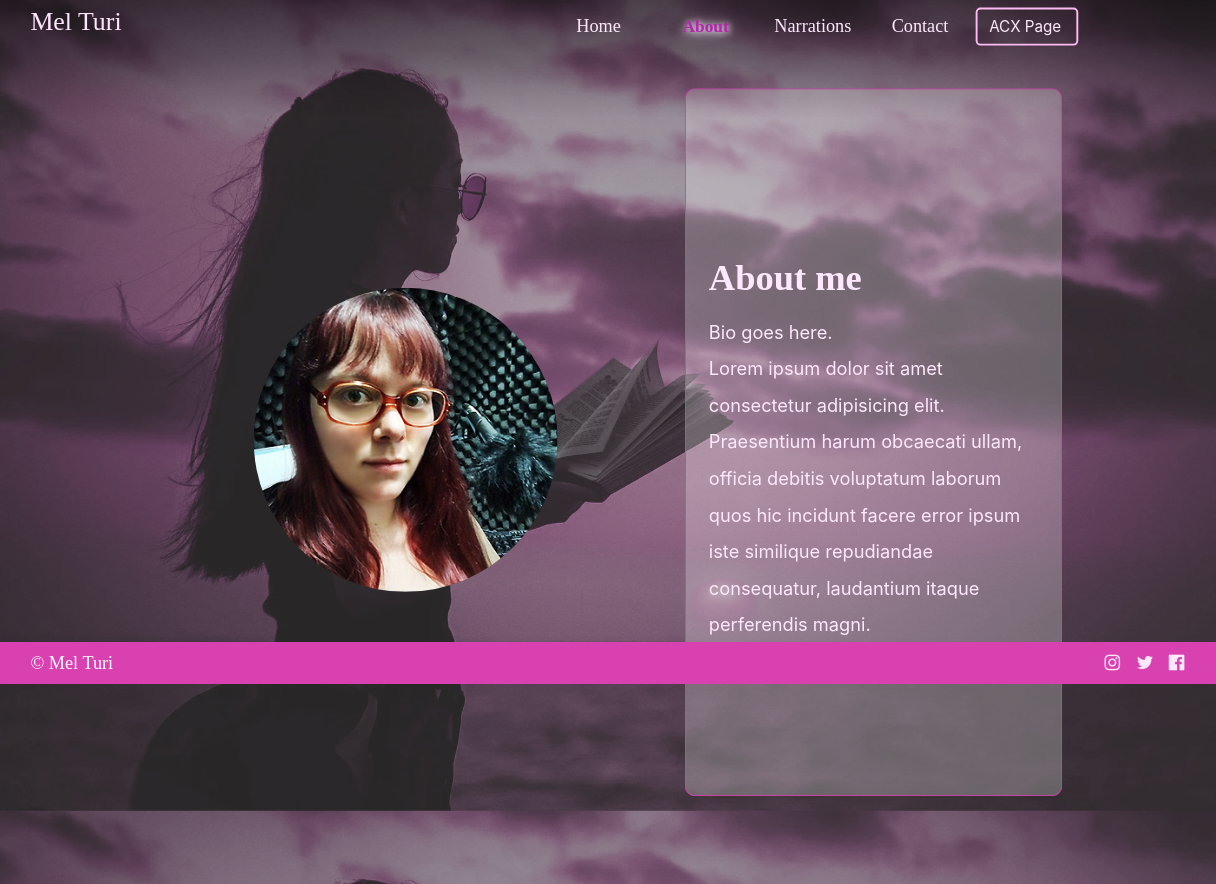
Repository: mel-turi/mel-turi-website
Page: /about
An editor plug-in stored every save of this project. The page is shown before and after the next save, followed by the edit.
The browser window is 1280 px wide. The pictures show the whole page, at 95% of full size.
Backgrounds fixed to the window are drawn as part of the page. Some web fonts or font styles are not loaded; a fallback is used. The project was rebuilt for these pictures with package versions that can differ from the ones it lists, and the page was loaded fresh each time. Also part of the build but not shown: src/Main.jsx, src/Narrations.jsx, src/Contact.jsx.

Above is the page before, as saved 2019-08-27 19:30:34.

### public/index.html
<!DOCTYPE html>
<html lang="en">
  <head>
    <meta charset="utf-8" />
    <link rel="apple-touch-icon" sizes="57x57" href="/apple-icon-57x57.png" />
    <link rel="apple-touch-icon" sizes="60x60" href="/apple-icon-60x60.png" />
    <link rel="apple-touch-icon" sizes="72x72" href="/apple-icon-72x72.png" />
    <link rel="apple-touch-icon" sizes="76x76" href="/apple-icon-76x76.png" />
    <link
      rel="apple-touch-icon"
      sizes="114x114"
      href="/apple-icon-114x114.png"
    />
    <link
      rel="apple-touch-icon"
      sizes="120x120"
      href="/apple-icon-120x120.png"
    />
    <link
      rel="apple-touch-icon"
      sizes="144x144"
      href="/apple-icon-144x144.png"
    />
    <link
      rel="apple-touch-icon"
      sizes="152x152"
      href="/apple-icon-152x152.png"
    />
    <link
      rel="apple-touch-icon"
      sizes="180x180"
      href="/apple-icon-180x180.png"
    />
    <link
      rel="icon"
      type="image/png"
      sizes="192x192"
      href="/android-icon-192x192.png"
    />
    <link rel="icon" type="image/png" sizes="32x32" href="/favicon-32x32.png" />
    <link rel="icon" type="image/png" sizes="96x96" href="/favicon-96x96.png" />
    <link rel="icon" type="image/png" sizes="16x16" href="/favicon-16x16.png" />
    <link rel="manifest" href="/manifest.json" />
    <meta name="msapplication-TileColor" content="#ffffff" />
    <meta name="msapplication-TileImage" content="/ms-icon-144x144.png" />
    <meta name="theme-color" content="#ffffff" />
    <meta name="viewport" content="width=device-width, initial-scale=1" />
    <meta name="description" content="Portfolio website for Mel Turi" />
    <link
      href="https://fonts.googleapis.com/css?family=Sail&display=swap"
      rel="stylesheet"
    />
    <link
      href="https://stackpath.bootstrapcdn.com/font-awesome/4.7.0/css/font-awesome.min.css"
      rel="stylesheet"
      integrity="sha384-wvfXpqpZZVQGK6TAh5PVlGOfQNHSoD2xbE+QkPxCAFlNEevoEH3Sl0sibVcOQVnN"
      crossorigin="anonymous"
    />
    <link rel="apple-touch-icon" href="logo192.png" />

    <link rel="manifest" href="%PUBLIC_URL%/manifest.json" />

    <title>Mel Turi | Audible Narrator</title>
  </head>
  <body>
    <noscript>You need to enable JavaScript to run this app.</noscript>
    <div id="root"></div>
  </body>
</html>

### src/index.css
:root {
  --light-primary-color: rgb(255, 232, 254);
  --light-secondary-color: #fffdff;
  --dark-primary-color: #d941b1;
  --dark-secondary-color: #b524b0;
  --title-font: 'Sail', cursive;
  --content-font: -apple-system, BlinkMacSystemFont, 'Segoe UI', 'Roboto',
    'Oxygen', 'Ubuntu', 'Cantarell', 'Fira Sans', 'Droid Sans', 'Helvetica Neue',
    sans-serif;
}
* {
  margin: 0;
  padding: 0;
}

body {
  text-decoration: none;
  text-decoration-color: none;
  margin: 0;
  padding: 0;
  font-family: var(--content-font);
  -webkit-font-smoothing: antialiased;
  -moz-osx-font-smoothing: grayscale;
}

h3,
h1 {
  font-family: var(--title-font);
}

body a {
  text-decoration: none;
  color: var(--light-primary-color);
  transition: 0.65s;
}

a:hover,
.active {
  font-weight: bold;
  font-size: 95%;
}

.active {
  color: var(--dark-secondary-color);
  text-shadow: 1px 1px 7px var(--light-secondary-color),
    1px 1px 15px var(--light-primary-color);
}

.wrapper {
  background: linear-gradient(rgba(20, 20, 20, 0.25), rgba(20, 20, 20, 0.25)),
    url(./assets/bg-main-1.png) no-repeat center center fixed;
  background-size: cover;
  z-index: 2;
  display: grid;
  grid-template-rows: 1fr 8fr 1fr;
  grid-template-columns: 1fr;
  align-items: space-between;
  min-height: 100vh;
  overflow: hidden;
}

/*
*
* Header
*
*/

.nav-wrapper {
  grid-column: 1 / span 1;
  grid-row: 1 / span 1;
  color: var(--light-primary-color);
  position: fixed;
  width: 100%;
  font-family: var(--title-font);
  height: 15vh;
  display: grid;
  grid-template-columns: 1fr 6fr;
  align-items: start;
  justify-content: space-between;
  margin: 0;
  padding: 0.5rem 0 0.5rem 0;
  background: linear-gradient(
    rgba(0, 0, 0, 0.45),
    rgba(0, 0, 0, 0.35),
    rgba(0, 0, 0, 0.25),
    rgba(0, 0, 0, 0.1),
    rgba(0, 0, 0, 0)
  );
}

.title {
  font-size: 1.7rem;
  padding-left: 2rem;
  justify-self: start;
}
.main-navigation {
  color: var(--light-primary-color);
  justify-self: end;
  padding-right: 2rem;
}
.main-navigation > ul {
  display: grid;
  grid-template-columns: 1fr 1fr 1fr 1fr 1fr 1fr;
  grid-column-gap: 0.3rem;
  justify-items: center;
  align-items: center;
  margin: 0;
  padding: 0;
  list-style-type: none;
  font-size: 1.2rem;
}

.button {
  font-family: var(--content-font);
  font-size: 1rem;
  border: 2px solid #fdbcf4;
  border-radius: 5px;
  padding: 0.5rem 0.75rem 0.5rem 0.75rem;
  width: 5rem;
}
/*
*
* Main
*
*/

.main-container {
  grid-column: 1 / span 1;
  grid-row: 2 / span 1;
  color: var(--light-primary-color);
  font-family: var(--content-font);
  font-size: 1.2rem;
  overflow: hidden;
  display: grid;
}

/* Start Home */
.home {
  display: grid;
  grid-template-columns: 1.25fr 5fr 3.75fr 1.25fr;
  grid-template-rows: 2fr;
  grid-gap: 30px;
}

.home-1 {
  grid-column: 2 / span 1;
  grid-row: 1 / span 1;
  display: flex;
  flex-direction: column;
  justify-content: space-around;
  overflow: hidden;
}
.home-2 {
  grid-column: 3 / span 1;
  grid-row: 1 / span 1;
  display: flex;
  flex-direction: column;
  justify-content: space-around;
  overflow: hidden;
}

.home1-contents {
  align-self: center;
  overflow: hidden;
  border-radius: 10px;
  border: var(--dark-primary-color) solid 1px;
  padding: 1.5rem;
  background: rgba(0, 0, 0, 0.25);
  font-size: 1.2rem;
  line-height: 2;
}
.home2-contents {
  overflow: hidden;
  border-radius: 10px;
  padding: 1.5rem;
  font-size: 1rem;
}
/* End Home */

/* Start About */
.about {
  display: grid;
  grid-template-columns: 1.25fr 5fr 3.75fr 1.25fr;
  grid-template-rows: 2fr;
  grid-gap: 30px;
}

.about-1 {
  grid-column: 2 / span 1;
  grid-row: 1 / span 1;
  display: flex;
  flex-direction: column;
  justify-content: space-around;
  align-items: center;
  overflow: hidden;
}

.about-2 {
  grid-column: 3 / span 1;
  grid-row: 1 / span 1;
  display: flex;
  flex-direction: column;
  justify-content: space-around;
  overflow: hidden;
}

.about1-contents {
  align-self: flex-start;
  overflow: hidden;
  border-radius: 10px;
  border: var(--dark-primary-color) solid 1px;
  padding: 10rem 1.5rem;
  background: rgba(255, 255, 255, 0.25);
  font-size: 1.2rem;
  line-height: 2;
  height: auto;
}
.about2-contents {
  overflow: hidden;
  border-radius: 10px;
  padding: 1.5rem;
  font-size: 1rem;
}

.about2-contents img {
  border-radius: 50%;
  height: 20rem;
  width: 20rem;
}

/* End About */

/* Start Narrations */
.narrations {
  display: grid;
  grid-template-columns: 1.25fr 5fr 3.75fr 1.25fr;
  grid-template-rows: 2fr;
  grid-gap: 30px;
}

.narrations-1 {
  grid-column: 2 / span 1;
  grid-row: 1 / span 1;
  display: flex;
  flex-direction: column;
  justify-content: space-around;
  overflow: hidden;
}
.narrations-2 {
  grid-column: 3 / span 1;
  grid-row: 1 / span 1;
  display: flex;
  flex-direction: column;
  justify-content: space-around;
  overflow: hidden;
}

.narrations1-contents {
  align-self: center;
  overflow: hidden;
  border-radius: 10px;
  border: var(--dark-primary-color) solid 1px;
  padding: 1.5rem;
  background: rgba(0, 0, 0, 0.25);
  font-size: 1.2rem;
  line-height: 2;
}
.narrations2-contents {
  overflow: hidden;
  border-radius: 10px;
  padding: 1.5rem;
  font-size: 1rem;
}
/* End Narrations */

/* Start contact */

/* End contact */

/* Start Form Styling */
input[type='text'],
input[type='email'],
select,
textarea {
  width: 100%;
  padding: 12px;
  border: 1px solid var(--light-primary-color);
  border-radius: 4px;
  box-sizing: border-box;
  margin-top: 6px;
  margin-bottom: 16px;
  resize: vertical;
}
input[type='submit'] {
  background-color: var(--dark-primary-color);
  color: var(--light-primary-color);
  padding: 12px 20px;
  border: none;
  border-radius: 4px;
  cursor: pointer;
  width: 100%;
  font-size: 1.2rem;
}
input[type='submit']:hover {
  background-color: var(--dark-secondary-color);
}

/* End Form Styling */

/*
*
* Footer
*
*/

footer {
  grid-column: 1 / span 1;
  grid-row: 3 / span 1;
  bottom: 0;
  width: 100%;
  position: fixed;
  color: var(--light-secondary-color);
  font-family: var(--title-font);
  font-size: 1.2rem;
  height: 5vh;
  display: grid;
  grid-template-columns: 1fr 1fr;
  align-items: center;
  justify-content: space-between;
  margin: 0;
  padding-top: 0.25rem;
  padding-bottom: 0.25rem;
  background: var(--dark-primary-color);
}
.social-footer {
  justify-self: end;
  padding-right: 2rem;
}
.social-footer > ul {
  display: grid;
  grid-template-columns: 1fr 1fr 1fr;
  grid-column-gap: 1rem;
  margin: 0;
  padding: 0;
  list-style-type: none;
}

.copyright {
  justify-self: start;
  padding-left: 2rem;
}

/*

Media Queries

*/

@media (max-height: 550px), (max-width: 550px) {
  .wrapper {
    background: linear-gradient(rgba(20, 20, 20, 0.25), rgba(20, 20, 20, 0.25)),
      url(./assets/bg-mobile.png) no-repeat center center fixed;
    background-size: cover;
    z-index: 2;
    display: grid;
    grid-template-rows: 2fr 8fr 1fr;
    grid-template-columns: 1fr;
    align-items: space-between;
    min-height: 100vh;
    overflow: hidden;
  }

  .nav-wrapper {
    background: var(--dark-primary-color);
    opacity: 1;
    grid-template-columns: 1fr 1fr;
    align-items: center;
    justify-content: center;
  }
  .main-navigation ul {
    display: none;
  }
  .home-primary {
    display: flex;
    flex-direction: column;
  }
  .about-primary {
    grid-template-columns: 5fr;
    grid-template-rows: 3fr 2fr;
    padding: 2rem;
  }

  .about-secondary {
    grid-column: 1 / span 1;
    grid-row: 1 / span 1;
  }
  .about-me {
    grid-column: 1 / span 1;
  }
  .narrations-primary {
    grid-template-columns: 5fr;
    grid-template-rows: 3fr 2fr;
    padding: 2rem;
  }
  .book1 {
    grid-row: 1 / span 1;
    grid-column: 1 / span 1;
  }
  .narrations-secondary {
    grid-column: 1 / span 1;
  }
  .contact-primary {
    display: flex;
    flex-direction: column;
  }
}

### src/App.jsx
import React from 'react';
import Footer from './Footer';
import Header from './Header';
import Main from './Main';
import About from './About';
import Narrations from './Narrations';
import Contact from './Contact';

import { ContentProvider } from './PageContext';

import { BrowserRouter as Router, Switch, Route } from 'react-router-dom';

const App = () => {
  return (
    <Router>
      <div className='App'>
        <div className='wrapper'>
          <Header />
          <Switch>
            <ContentProvider>
              <Route path='/' exact render={props => <Main {...props} />} />
              <Route path='/about' render={props => <About {...props} />} />
              <Route
                path='/narrations'
                render={props => <Narrations {...props} />}
              />

              <Route path='/contact' render={props => <Contact {...props} />} />
            </ContentProvider>
          </Switch>
          <Footer />
        </div>
      </div>
    </Router>
  );
};

export default App;

### src/Footer.js
import React, { Component } from 'react';

export class Footer extends Component {
  render() {
    return (
      <footer className='footer'>
        <div className='copyright'>&copy; Mel Turi</div>
        <div className='social-footer'>
          <ul>
            <li>
              <a
                target='_blank'
                rel='noopener noreferrer'
                href='https://www.instagram.com/mel.turi'
              >
                <i className='fa fa-instagram'></i>
              </a>
            </li>
            <li>
              <a
                target='_blank'
                rel='noopener noreferrer'
                href='https://www.twitter.com/turimel'
              >
                <i className='fa fa-twitter'></i>
              </a>
            </li>

            <li>
              <a
                target='_blank'
                rel='noopener noreferrer'
                href='https://www.facebook.com/mel.turi.96'
              >
                <i className='fa fa-facebook-official'></i>
              </a>
            </li>
          </ul>
        </div>
      </footer>
    );
  }
}

export default Footer;

### src/Header.js
import React, { Component } from 'react';
import { NavLink } from 'react-router-dom';

export class Header extends Component {
  render() {
    return (
      <nav className='nav-wrapper'>
        <div className='title'>Mel Turi</div>
        <div className='main-navigation'>
          <ul>
            <li>
              <NavLink
                to={{
                  pathname: '/',
                  state: { page: 'home' }
                }}
                exact={true}
              >
                Home
              </NavLink>
            </li>
            <li>
              <NavLink
                to={{
                  pathname: '/about',
                  state: { page: 'about' }
                }}
              >
                About
              </NavLink>
            </li>
            <li>
              <NavLink to='/narrations'>Narrations</NavLink>
            </li>

            <li>
              <NavLink to='/contact'>Contact</NavLink>
            </li>
            <div className='button nav-button'>
              <li>
                <a
                  target='_blank'
                  rel='noopener noreferrer'
                  href='https://www.acx.com/narrator?p=AI0XTZMVU6YKG'
                >
                  ACX Page
                </a>
              </li>
            </div>
          </ul>
        </div>
      </nav>
    );
  }
}

export default Header;

### src/About.jsx
import React, { useEffect, useContext } from 'react';
import Content from './Content';
import { PageContext } from './PageContext';
import profilePic from './assets/profilepic.png';

const About = () => {
  // eslint-disable-next-line
  const [pageInfo, setPageInfo] = useContext(PageContext);
  useEffect(() => {
    setPageInfo({
      primaryContent: (
        <div className='about-2'>
          <div className='about1-contents'>
            <h1>About me</h1>
            <p>Bio goes here.</p>
            <p>
              Lorem ipsum dolor sit amet consectetur adipisicing elit.
              Praesentium harum obcaecati ullam, officia debitis voluptatum
              laborum quos hic incidunt facere error ipsum iste similique
              repudiandae consequatur, laudantium itaque perferendis magni.
            </p>
          </div>
        </div>
      ),
      secondaryContent: (
        <div className='about-1'>
          <div className='about2-contents'>
            <img src={profilePic} alt='profile pic' />
          </div>
        </div>
      ),
      pageTitle: 'about'
    });

    // eslint-disable-next-line
  }, []);

  return <Content />;
};

export default About;

### src/PageContext.jsx
import React, { useState, createContext } from 'react';

export const PageContext = createContext();

export const ContentProvider = props => {
  const [pageInfo, setPageInfo] = useState({
    primaryContent: '',
    secondaryContent: '',
    pageTitle: ''
  });
  return (
    <PageContext.Provider value={[pageInfo, setPageInfo]}>
      {props.children}
    </PageContext.Provider>
  );
};

### src/Content.jsx
import React, { useContext } from 'react';
import { PageContext } from './PageContext';
import { Spring } from 'react-spring/renderprops';

const Content = () => {
  const [pageInfo] = useContext(PageContext);

  return (
    <main className='main-container'>
      <div className={pageInfo.pageTitle}>
        {pageInfo.primaryContent}
        {pageInfo.secondaryContent}
      </div>
    </main>
  );
};

export default Content;

Loaded but not shown: src/index.js (common file)

After the next save:
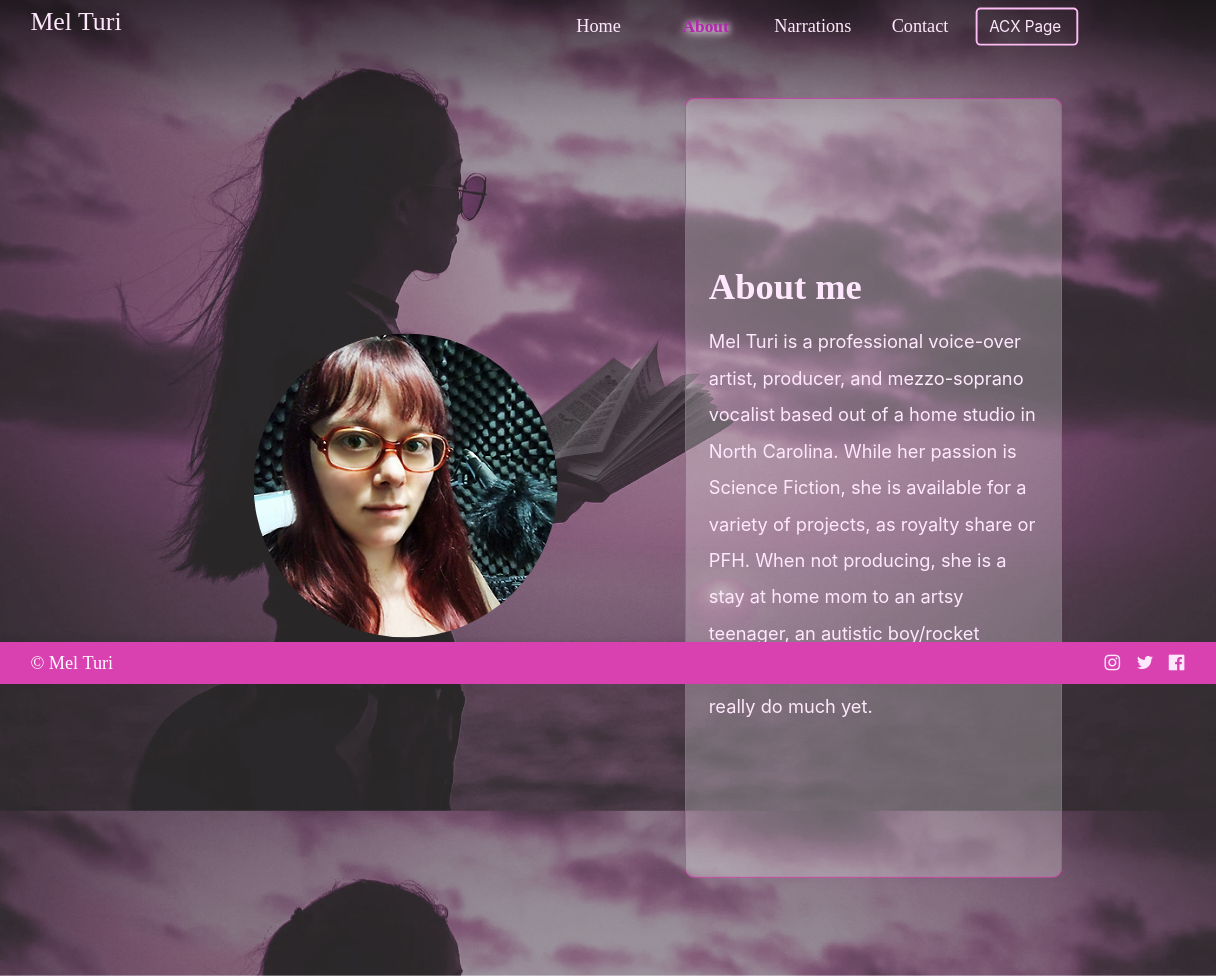
Saved 74 s later.
--- a/src/About.jsx
+++ b/src/About.jsx
@@ -12,12 +12,15 @@ const About = () => {
         <div className='about-2'>
           <div className='about1-contents'>
             <h1>About me</h1>
-            <p>Bio goes here.</p>
+
             <p>
-              Lorem ipsum dolor sit amet consectetur adipisicing elit.
-              Praesentium harum obcaecati ullam, officia debitis voluptatum
-              laborum quos hic incidunt facere error ipsum iste similique
-              repudiandae consequatur, laudantium itaque perferendis magni.
+              Mel Turi is a professional voice-over artist, producer, and
+              mezzo-soprano vocalist based out of a home studio in North
+              Carolina. While her passion is Science Fiction, she is available
+              for a variety of projects, as royalty share or PFH. When not
+              producing, she is a stay at home mom to an artsy teenager, an
+              autistic boy/rocket hybrid, and an infant who doesn't really do
+              much yet.
             </p>
           </div>
         </div>
